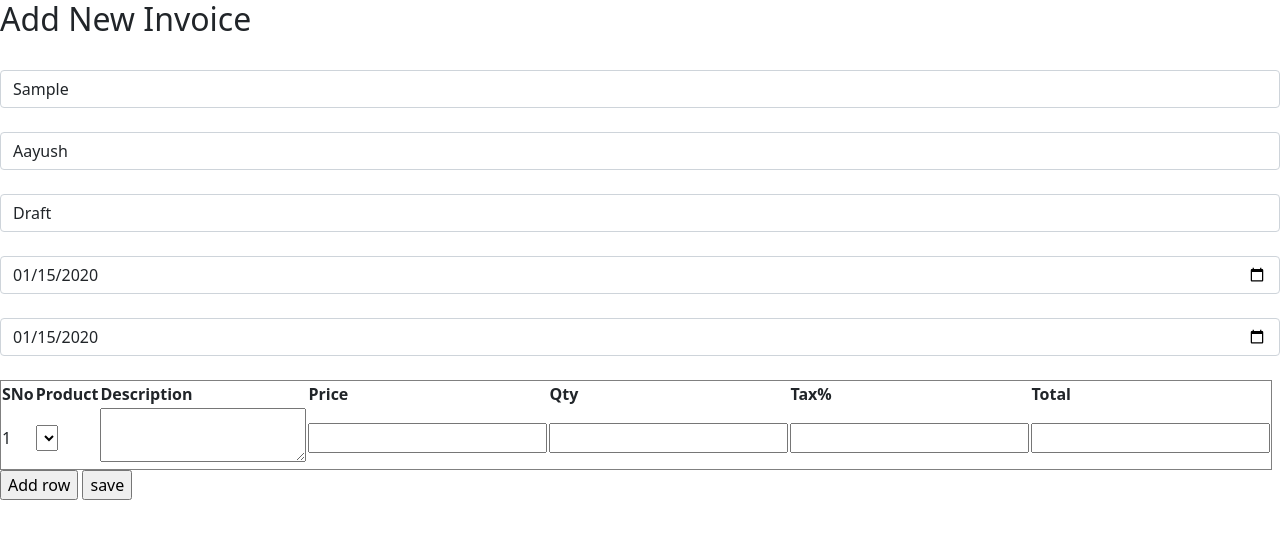
Repository: Aayush13013/Invoice_Management_app
Page: http://localhost/invoiceInfo/WEB-INF/jsp/new_invoiceInfo.jsp
An editor plug-in stored every save of this project. The page is shown before and after a run of saves, followed by the edit.
The browser window is 1280 px wide. The pictures show the whole page.
Empty fields were first filled with sample values (such as "Sample", 5 or name@example.com).
After loading, the first visible `input[onclick="addRows('myTable')"]` was clicked once.
The page is served by Tomcat 9. Nobody is signed in. Other server files are loaded and not shown. The template is opened directly, without the code that normally fills it, so the values that code supplies are empty.

Above is the page before, as saved 2021-12-27 07:54:39.

### invoiceInfo/invoiceInfo/src/main/webapp/WEB-INF/jsp/new_invoiceInfo.jsp
<%@ page language="java" contentType="text/html; charset=ISO-8859-1"
    pageEncoding="ISO-8859-1"%>
    <%@ taglib prefix="form" uri="http://www.springframework.org/tags/form"%>
	<%@ taglib prefix="c" uri="http://java.sun.com/jsp/jstl/core"%>


	<!DOCTYPE html>
<html>

<head>
    <meta charset="ISO-8859-1">
    <title>Add New Invoice</title>
    <link href="https://cdn.jsdelivr.net/npm/bootstrap@5.0.2/dist/css/bootstrap.min.css" rel="stylesheet"
        integrity="sha384-EVSTQN3/azprG1Anm3QDgpJLIm9Nao0Yz1ztcQTwFspd3yD65VohhpuuCOmLASjC" crossorigin="anonymous">

</head>

<body>
    <script>
        function addRows(id) {
            var table = document.getElementById(id);
            var array=["Computer","Mobile","PenDrive","Mouse"];

            var rowCount = table.rows.length;
            var row = table.insertRow(rowCount);
            var counts = rowCount-1;


            var cell0 = row.insertCell(0);
            cell0.innerHTML = rowCount ;


            var cell1 = row.insertCell(1);
            var element1 = document.createElement("select");
            element1.name="listOfProducts["+counts+"].productName";
            for(var i=0; i<array.length;i++){
            	var option = document.createElement("option");
            	option.value=array[i];
            	option.text=array[i];

            }
            cell1.appendChild(element1);


            var cell2 = row.insertCell(2);
            var element2 = document.createElement("textarea");
            element2.type = "text";
            element2.name="listOfProducts["+counts+"].description";
            cell2.appendChild(element2);

            var cell3 = row.insertCell(3);
            var element3 = document.createElement("input");
            element3.type = "number";
            element3.name="listOfProducts["+counts+"].price";
            cell3.appendChild(element3);

            var cell4 = row.insertCell(4);
            var element4 = document.createElement("input");
            element4.type = "number";
            element4.name="listOfProducts["+counts+"].qty";
            cell4.appendChild(element4);

            var cell5 = row.insertCell(5);
            var element5 = document.createElement("input");
            element5.type = "number";
            element5.name="listOfProducts["+counts+"].taxPercent";
            cell5.appendChild(element5);

            var cell6 = row.insertCell(6);
            var element6 = document.createElement("input");
            element6.type = "number";
            element6.name="listOfProducts["+counts+"].total";
            cell6.appendChild(element6);
        }
    </script>


    <h2>Add New Invoice</h2><br>



    <form:form action="/saveInvoice" modelAttribute="invoiceInfo" method="POST">
        <form:hidden path="id" placeholder="id" class="form-control mb-4 col-4" />

        <form:input type="text" path="invoiceNo" placeholder="invoiceNo" class="form-control mb-4 col-4" />

        <form:select path="billTo"  class="form-control mb-4 col-4" required="required">
        	<optgroup label="Select_Customer">
	        	<form:option value="Aayush"></form:option>
	        	<form:option value="Shridhar"></form:option>
	        	<form:option value="Suneel"></form:option>
	        	<form:option value="Lekhana"></form:option>
        	</optgroup>
        </form:select>

        <form:select  path="status" class="form-control mb-4 col-4" >
	        <optgroup label="Select_Status">
	        	<form:option value="Draft"></form:option>
	        	<form:option value="Sent"></form:option>
	        	<form:option value="Paid"></form:option>
        	</optgroup>
        </form:select>

        <form:input type="date" path="invoiceDate" placeholder="invoiceDate" class="form-control mb-4 col-4" />

        <form:input type="date" path="dueDate" placeholder="dueDate" class="form-control mb-4 col-4" />

        <table id="myTable"  border="1">
            <thead>
                <tr>
                    <th>SNo</th>
                    <th>Product</th>
                    <th>Description</th>
                    <th>Price</th>
                    <th>Qty</th>
                    <th>Tax%</th>
                    <th>Total</th>
                </tr>

            </thead>

        </table>
        <input type="button" value="Add row" onclick="addRows('myTable')" />
        <input type="submit" value="save" />
    </form:form>
</body>

</html>

After the next 2 saves:
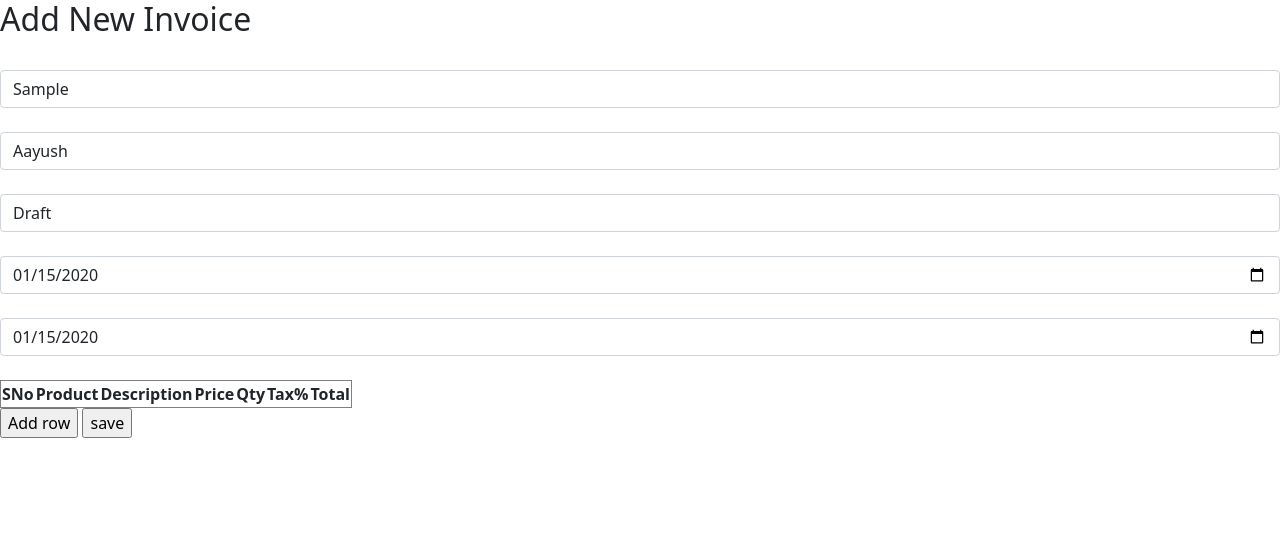
Console error: SyntaxError: Unexpected token '}'
The 2 saves are shown as one change because they came seconds apart.
The last was saved 6 s later.
--- a/invoiceInfo/invoiceInfo/src/main/webapp/WEB-INF/jsp/new_invoiceInfo.jsp
+++ b/invoiceInfo/invoiceInfo/src/main/webapp/WEB-INF/jsp/new_invoiceInfo.jsp
@@ -37,7 +37,7 @@
             	var option = document.createElement("option");
             	option.value=array[i];
             	option.text=array[i];
-
+            	element1.
             }
             cell1.appendChild(element1);
 

After the save that followed:
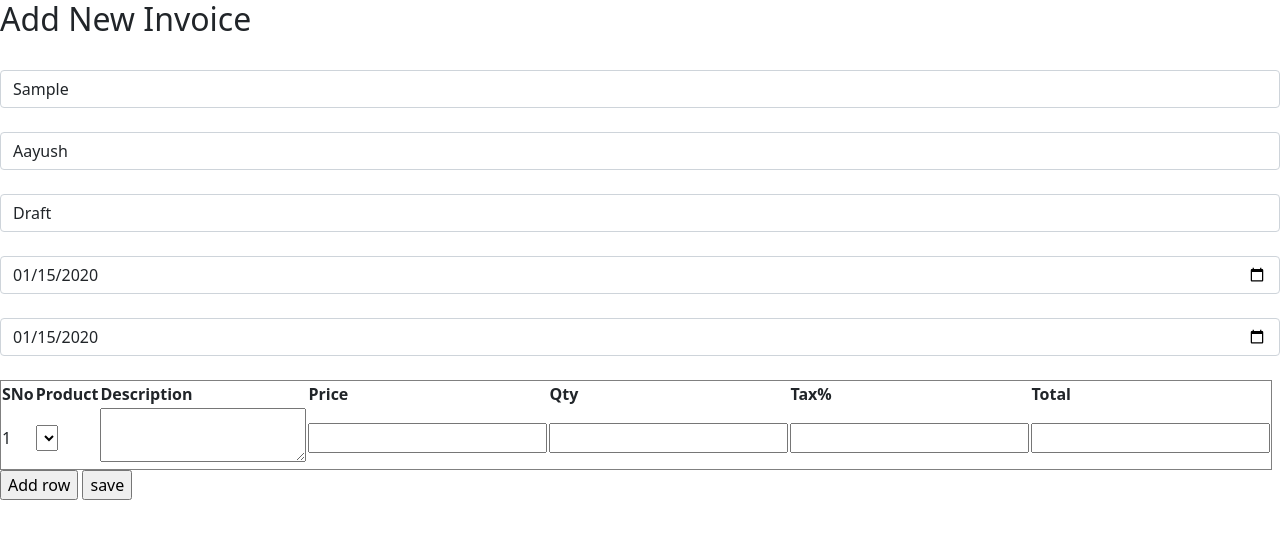
The error is gone.
Saved 8 s later.
--- a/invoiceInfo/invoiceInfo/src/main/webapp/WEB-INF/jsp/new_invoiceInfo.jsp
+++ b/invoiceInfo/invoiceInfo/src/main/webapp/WEB-INF/jsp/new_invoiceInfo.jsp
@@ -37,7 +37,7 @@
             	var option = document.createElement("option");
             	option.value=array[i];
             	option.text=array[i];
-            	element1.
+            	element1.appendChild
             }
             cell1.appendChild(element1);
 
